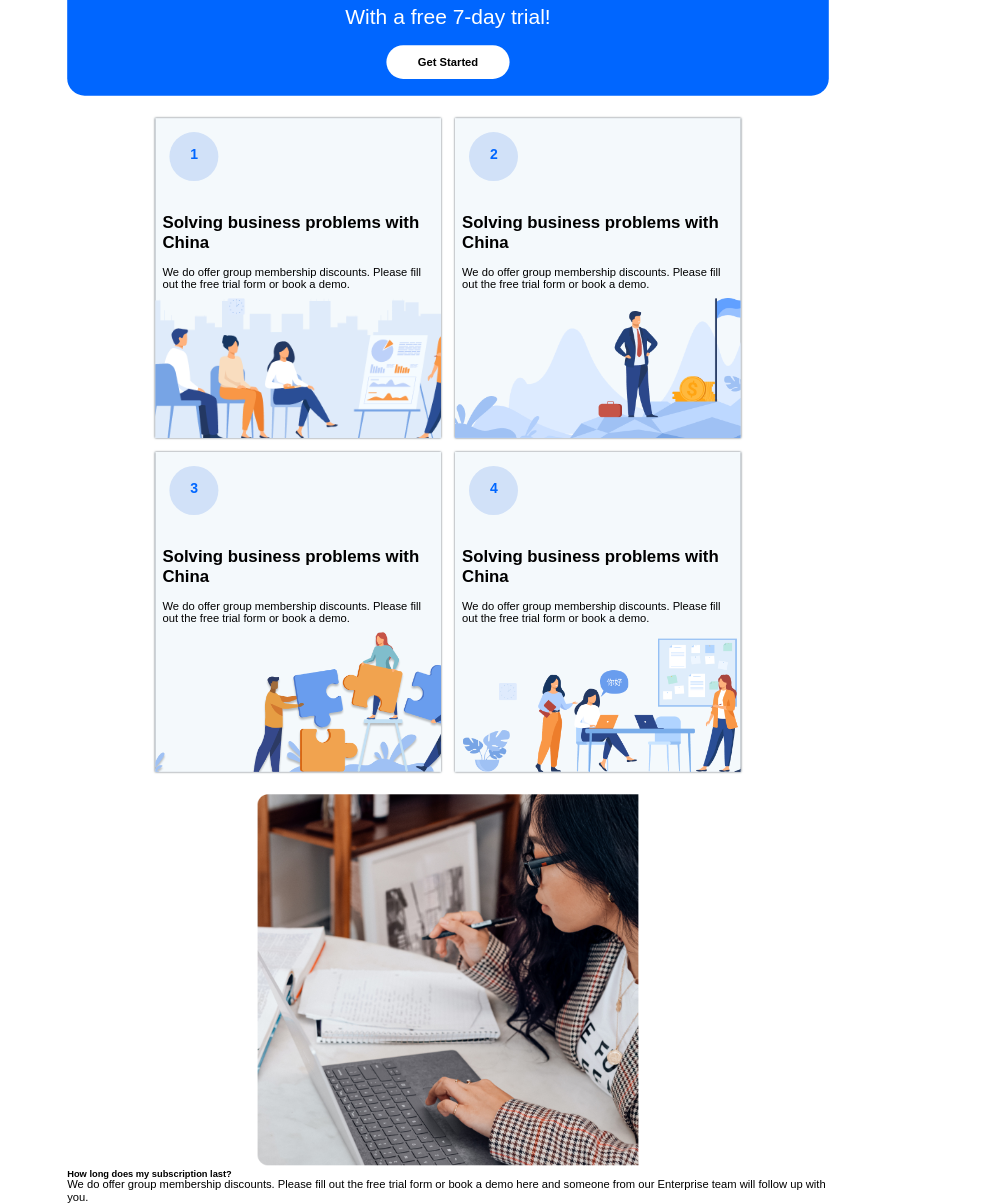
Repository: BinhIT/ChineseLearn
Page: index.html
An editor plug-in stored every save of this project. The page is shown before and after the next save, followed by the edit.
The browser window is 1280 px wide. The page is 1436 px wide, so the pictures cover 1436 px, including what lies to the right of the window. The pictures show the part of the page from y = 2704 to 4424 px (the page is 4424 px tall before and 4344 px after), at 70% of full size.

Above is the page before, as saved 2023-03-02 08:09:16.
Console error: ReferenceError: $ is not defined

After the next save:
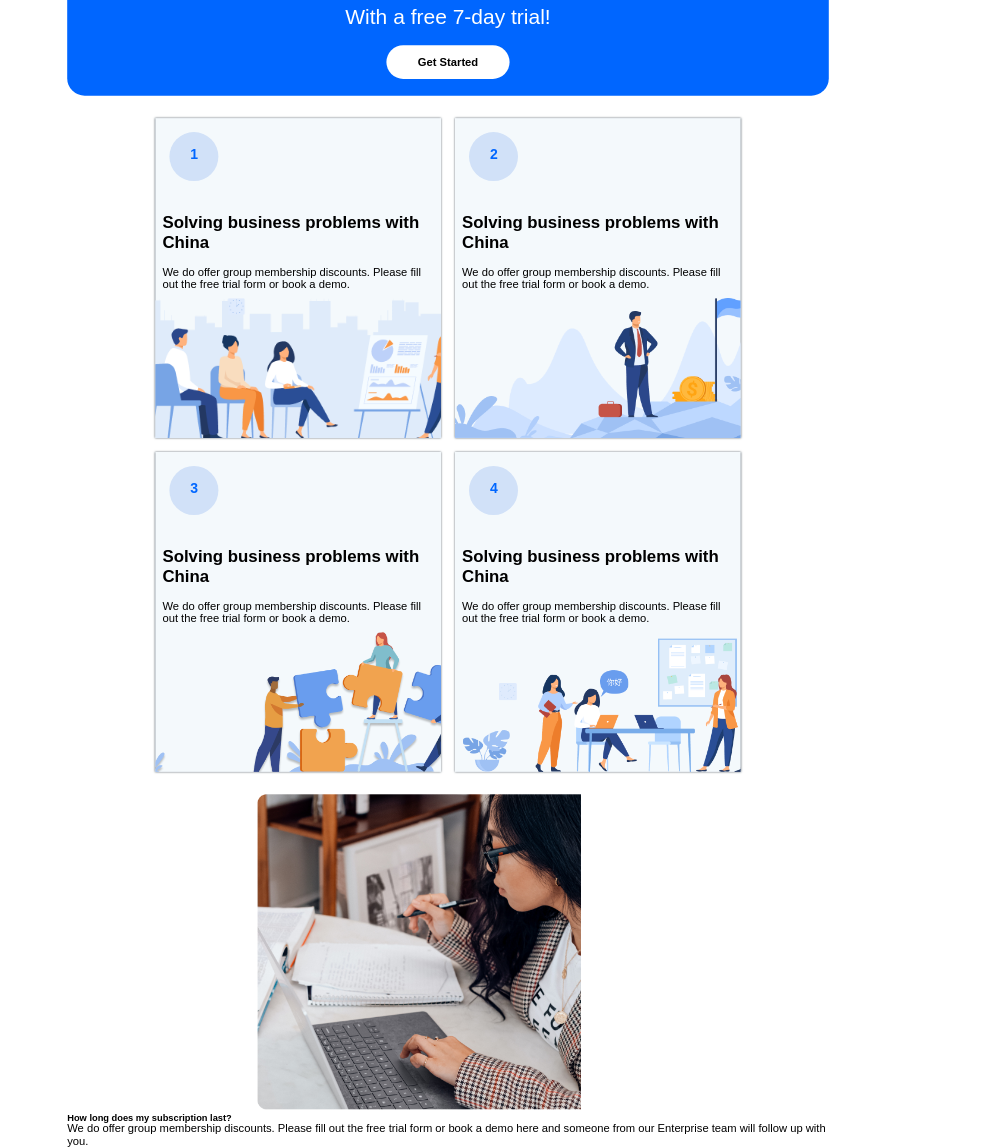
Saved 33 s later.
--- a/css/QA.css
+++ b/css/QA.css
@@ -1,3 +1,3 @@
-/* .qa-container {
-    flex-direction: row;
-} */
+.qa-img img {
+    width: 85%;
+}
